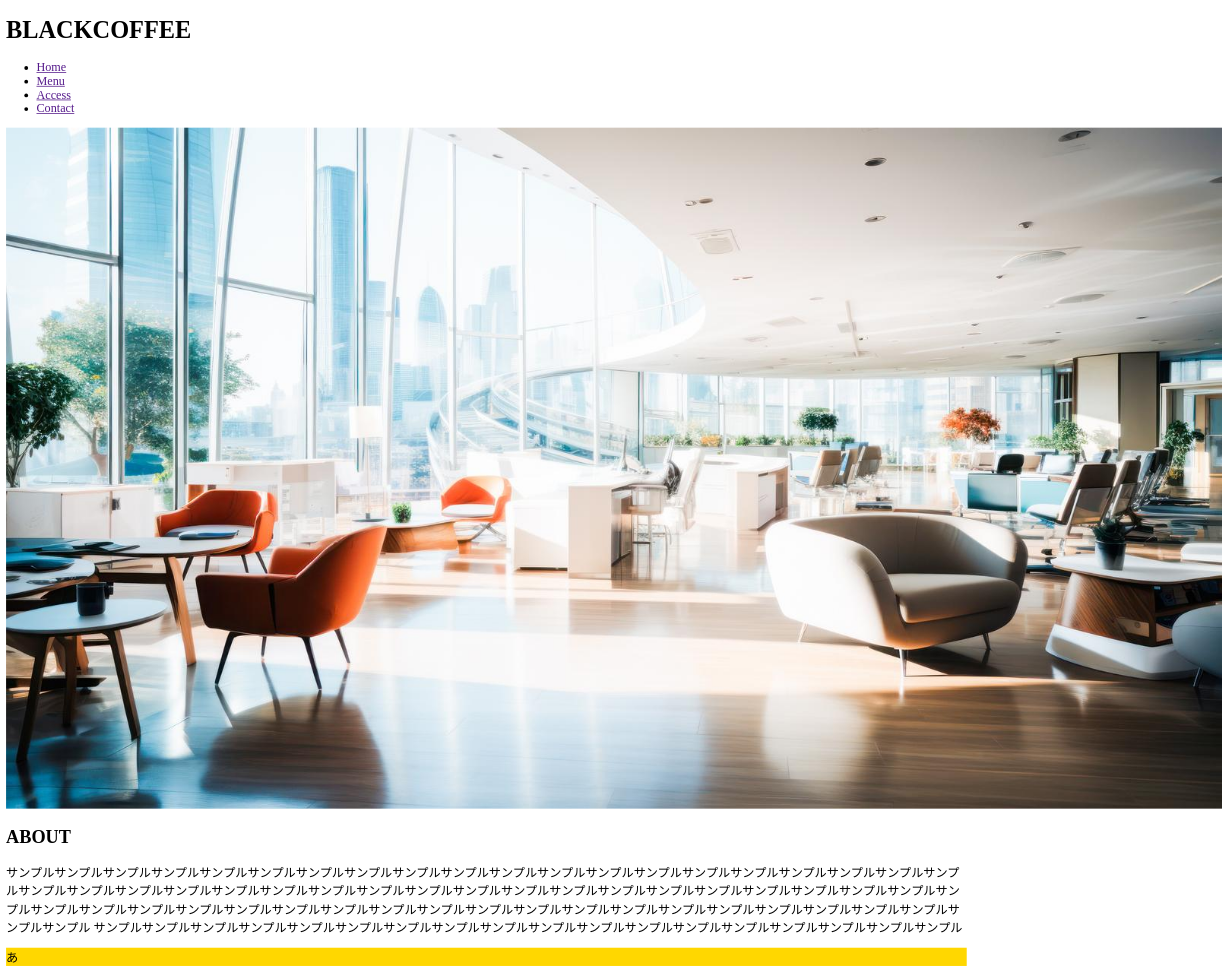
Repository: elle821208/Ayakomi-Cafe
Page: index.html
The author's editor kept a copy of each file at every save. The page is drawn from the files as they stood at one save, then again after a run of saves.
The browser window is 1280 px wide. The page is 1608 px wide, so the pictures cover 1608 px, including what lies to the right of the window. The pictures show the whole page, at 76% of full size.

Above is the page before, as saved 2025-02-28 07:31:14.

### index.html
<!DOCTYPE html>
<html lang="ja">
    <head>
        <meta charset="UTF-8">
        <meta name="viewport" content="width=device-width, initial-scale=1.0">
        <title>BLACKCOFFEE</title>
        <link rel="stylesheet" href="assets/css/common.css">
        <link rel="stylesheet" href="assets/css/index.css">
    </head>
    <body>
        <!--https://www.youtube.com/watch?v=D6aeJTnGvHo-->
        <!--HTMLCSS基礎プラス実践で使える技術盛込みパワーアップ2024-->
        <!--https://www.pakutaso.com/20230807241post-48316.html-->
        <!--ぱくたそ-->
        <!--https://icooon-mono.com/-->
        <!--アイコン-->
        <!--22:00～-->
        <header>
            <div class="container">
                <h1>BLACKCOFFEE</h1>
                <nav>
                    <ul>
                        <li><a href="">Home</a></li>
                        <li><a href="">Menu</a></li>
                        <li><a href="">Access</a></li>
                        <li><a href="">Contact</a></li>
                    </ul>
                </nav>

            </div>

        </header>

        <main>
            <section class="hero">
                <img src="assets/images/top.jpg" alt="ブラックコーヒーの飲食スペース">
                <div class="container">

                </div>

            </section>

            <section class="about">
                <div class="container">
                    <h2>ABOUT</h2>
                    <p>サンプルサンプルサンプルサンプルサンプルサンプルサンプルサンプルサンプルサンプルサンプルサンプルサンプルサンプルサンプルサンプルサンプルサンプルサンプルサンプルサンプルサンプルサンプルサンプルサンプルサンプルサンプルサンプルサンプルサンプルサンプルサンプルサンプルサンプルサンプルサンプルサンプルサンプルサンプルサンプルサンプルサンプルサンプルサンプルサンプルサンプルサンプルサンプルサンプルサンプルサンプルサンプルサンプルサンプルサンプルサンプルサンプルサンプルサンプルサンプルサンプル
                        サンプルサンプルサンプルサンプルサンプルサンプルサンプルサンプルサンプルサンプルサンプルサンプルサンプルサンプルサンプルサンプルサンプルサンプル</p>

                </div>

            </section>

            <section class="menu" style="background-color:gold ;">
                あ
                <div class="container">

                </div>

            </section>

        </main>

        <aside>
            <div class="container">

            </div>

        </aside>

        <footer>
            <div class="container">

            </div>

        </footer>

    </body>
</html>

Loaded but not shown: assets/css/index.css (common file); assets/css/common.css (no copy from this time; the picture is the same without it)

After the next 3 saves:
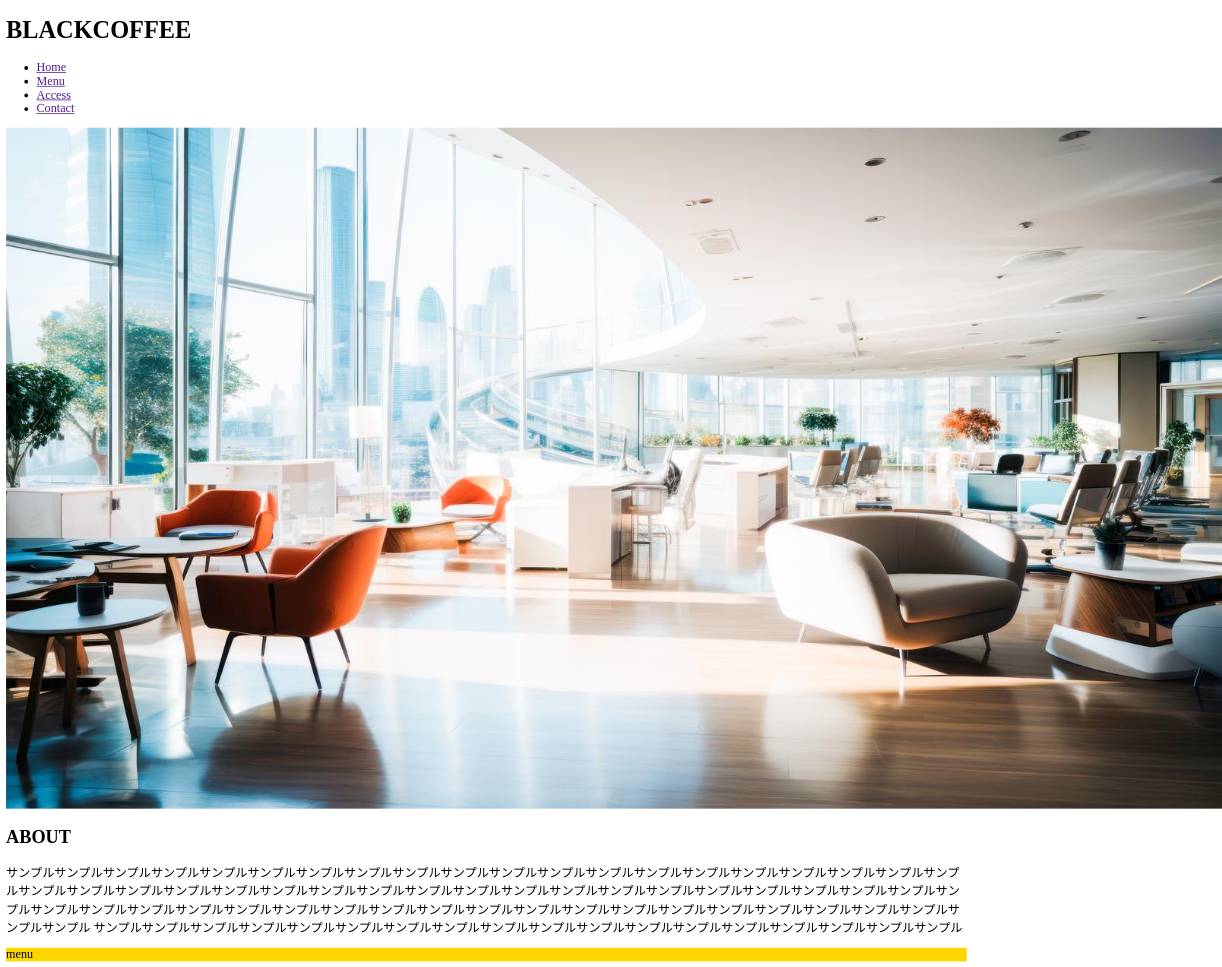
The 3 saves are shown as one change because they came seconds apart.
The last was saved 13 s later.
--- a/index.html
+++ b/index.html
@@ -51,7 +51,7 @@
             </section>
 
             <section class="menu" style="background-color:gold ;">
-                あ
+                menu
                 <div class="container">
 
                 </div>
